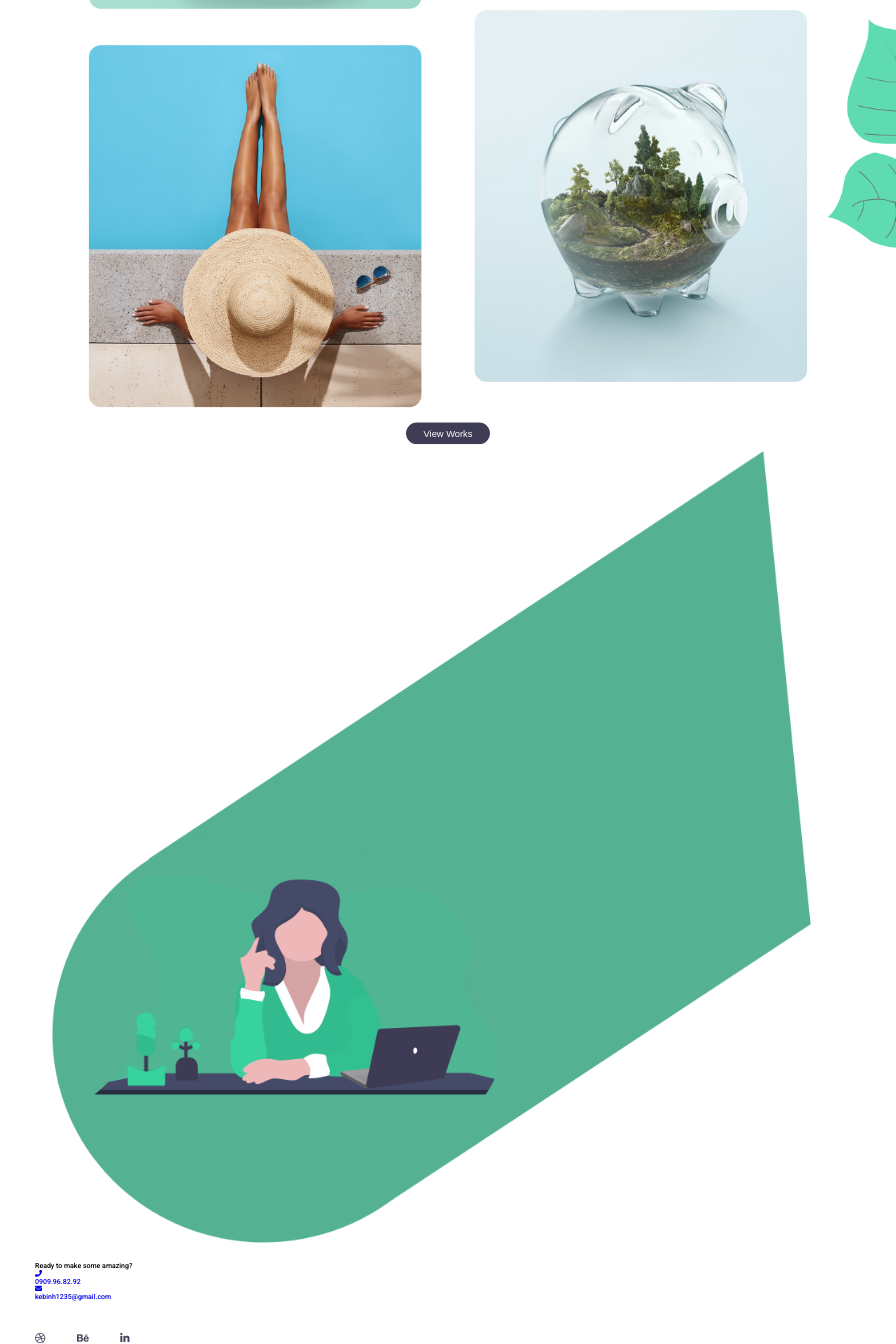
Repository: kebinh1235/porfolio-demo
Page: index.html
These files come from the project's save history. The page is drawn as it stood at one moment and after the next save; the edit follows.
The browser window is 1280 px wide. The pictures show the part of the page from y = 2592 to 4512 px (the page is 4512 px tall before and 3354 px after), at 70% of full size.
Some web libraries are served in a nearby version.

Above is the page before, as saved 2021-10-20 17:08:05.

### index.html
<!DOCTYPE html>
<html lang="en">
<head>
  <meta charset="UTF-8">
  <meta http-equiv="X-UA-Compatible" content="IE=edge">
  <meta name="viewport" content="width=device-width, initial-scale=1.0">
  <title>Document</title>
  <!--CSS-->
  <link rel="stylesheet" href="./css/style.css">
</head>
<body>
  <!-- header -->
  <header>
    <div class="container">
      <nav class="navbar">
        <!-- logo -->
        <div class="navbar__logo">
          <img src="./img/logo.svg" alt="Website logo">
        </div>
        <!-- links -->
        <ul class="navbar__list">
          <li class="navbar__item"><a href="#" class="navbar__link">Home</a></li>
          <li class="navbar__item"><a href="#" class="navbar__link">About</a></li>
          <li class="navbar__item"><a href="#" class="navbar__link">Resume</a></li>
          <!-- <li class="navbar__item"><a href="#" class="navbar__link btn navbar__mobile-active">Contact Us</a></li> -->
          <a href="#"><button class="btn navbar__btn">Contact Us</button></a>
        </ul>
        <!-- menu mobile -->
        <div class="navbar__icons">
          <div class="navbar__icon"></div>
        </div>
      </nav>
    </div>
  </header>
  <!-- banner -->
  <section id="banner">
    <div class="container">
      <!-- img -->
      <div class="banner__img">
        <img src="./img/banner-img.png" alt="Of Women">
      </div>
      <!-- heading -->
      <div class="banner__heading">
        <h1>Hello I'm Lisa</h1>
        <p>Lorem ipsum dolor sit amet consectetur adipisicing elit. Sint totam possimus odio voluptates vitae quo repudiandae dolorum quibusdam eveniet eos!</p>
        <a href="#"><button class="btn banner__btn">View More</button></a>
        <div class="banner__social">
          <a href="#"><i class="fab fa-dribbble"></i></a>
          <a href="#"><i class="fab fa-behance"></i></a>
          <a href="#"><i class="fab fa-linkedin-in"></i></a>
        </div>
      </div>
    </div>
  </section>
  <!-- thing to do -->
  <section id="things">
    <div class="container">
      <!-- decoration -->
      <div class="things__dec">
        <img src="./img/things-dec-l.png" alt="">
      </div>
      <div class="things__dec">
        <img src="./img/things-dec-r.png" alt="">
      </div>
      <!-- item 1 -->
      <div class="things__item">
        <!-- img -->
        <img src="./img/things-item-1.png" alt="Of Women">
        <!-- heading -->
        <div class="things__item-heading">
          <span>Lorem Ipsum</span>
          <p>Lorem ipsum dolor sit, amet consectetur adipisicing elit. Inventore perspiciatis quo quis nulla quasi! Laboriosam sed, facilis inventore ipsa ab et eveniet amet facere ullam!</p>
        </div>
      </div>
      <!-- item 2 -->
      <div class="things__item">
        <!-- img -->
        <img src="./img/things-item-2.png" alt="Of Women">
        <!-- heading -->
        <div class="things__item-heading">
          <span>Lorem Ipsum</span>
          <p>Lorem ipsum dolor sit, amet consectetur adipisicing elit. Inventore perspiciatis quo quis nulla quasi! Laboriosam sed, facilis inventore ipsa ab et eveniet amet facere ullam!</p>
        </div>
      </div>
      <!-- item 3 -->
      <div class="things__item">
        <!-- img -->
        <img src="./img/things-item-3.png" alt="Of Women">
        <!-- heading -->
        <div class="things__item-heading">
          <span>Lorem Ipsum</span>
          <p>Lorem ipsum dolor sit, amet consectetur adipisicing elit. Inventore perspiciatis quo quis nulla quasi! Laboriosam sed, facilis inventore ipsa ab et eveniet amet facere ullam!</p>
        </div>
      </div>

    </div>
  </section>
  <!-- works -->
  <section id="works">
    <div class="container">
      <!-- decoration -->
      <div class="works__dec">
        <img src="./img/work-dec.png" alt="">
      </div>
      <div class="works__dec">
        <img src="./img/work-dec.png" alt="">
      </div>
      <span>Recent Work</span>
      <div class="works__img">
        <div class="works__img--single">
          <img src="./img/work-1.png" alt="">
        </div>
        <div class="works__img--single">
          <img src="./img/work-2.png" alt="">
        </div>
        <div class="works__img--single">
          <img src="./img/work-3.png" alt="">
        </div>
        <div class="works__img--single">
          <img src="./img/work-4.png" alt="">
        </div>
      </div>
      <div class="works__btn">
        <a href="#">
          <button class="btn">View Works</button>
        </a>
      </div>
    </div>
  </section>
  <!-- footer -->
  <footer id="footer">
    <div class="container">
      <div class="footer__img">
        <img src="./img/footer-img.png" alt="">
      </div>
      <div class="footer__heading">
        <span>Ready to make some amazing?</span>
        <!-- contact -->
        <div class="footer__contacts">
          <a href="tel:0909968292">
            <i class="fas fa-phone-alt"></i>
            <p>0909.96.82.92</p>
          </a>
          <a href="mailto:kebinh1235@gmail.com">
            <i class="fas fa-envelope"></i>
            <p>kebinh1235@gmail.com</p>
          </a>
        </div>
        <div class="banner__social">
          <a href="#"><i class="fab fa-dribbble"></i></a>
          <a href="#"><i class="fab fa-behance"></i></a>
          <a href="#"><i class="fab fa-linkedin-in"></i></a>
        </div>
      </div>
    </div>
  </footer>
  <!--Font awesome-->
  <script src="https://kit.fontawesome.com/5d1e581bbe.js" crossorigin="anonymous"></script>
  <!--JS-->
  <script src="./js/main.js"></script>
</body>
</html>

### css/style.css
@import url('https://fonts.googleapis.com/css2?family=Roboto:wght@300;500&display=swap');
:root {
  --green: #54B192;
  --green-l: #A4CEC0;
  --gray: #3F3D56;
  --white: #fff;
  --smooth: all .3s linear;
}
* {
  margin: 0;
  padding: 0;
  box-sizing: border-box;
  list-style-type: none;
  text-decoration: none;
}
html {
  scroll-behavior: smooth;
  font-size: 62.5%;
}
body {
  font-family: "Roboto", sans-serif;
}
img {
  max-width: 100%;
  width: 100%;
}
.container {
  max-width: 1200px;
  width: 100%;
  margin: 0 auto;
  padding: 0 10px;
}
.btn {
  text-align: center;
  background: var(--gray);
  color: var(--white);
  padding: .8rem 2.5rem;
  border: none;
  border-radius: 100px;
  cursor: pointer;
  transition: var(--smooth);
}
.btn:hover {
  background: var(--green-l);
  transition: var(--smooth);
}
/*header*/
header {
  position: fixed;
  width: 100%;
}
.navbar {
  display: flex;
  justify-content: space-between;
  align-items: center;
  padding: 20px 0;
}
.navbar__logo {
  width: 57px;
  height: 57px;
  object-fit: cover;
}
.navbar__logo img {
  width: 100%;
}
.navbar__list{
  position: fixed;
  top: 0;
  left: 0;
  bottom: 0;
  background: var(--gray);
  width: 60%;
  max-width: 100%;
  transform: translateX(-100%);
  opacity: 0;
  transition: var(--smooth);
  z-index: 10;
}
.navbar__list.navbar__open {
  transform: translateX(0);
  opacity: 1;
}
.navbar__link{
  padding: 20px;
  font-size: 1.4rem;
  display: block;
  color: var(--white);
}
.navbar__link:hover {
  color: var(--green);
  transition: var(--smooth);
}
.navbar__btn{
  font-size: 1.4rem;
  margin: 20px;
  background: var(--green);
}
/*Menu icon*/
.navbar__icons{
  display: flex;
  justify-content: center;
  align-items: center;
  width: 50px;
  height: 50px;
  cursor: pointer;
  transition: var(--smooth);
  z-index: 10;
}
.navbar__icon{
  width: 40px;
  height: 6px;
  border-radius: 5px;
  background: var(--gray);
  position: relative;
  transition: var(--smooth);
}
.navbar__icon:before,
.navbar__icon:after {
  content: '';
  position: absolute;
  width: 40px;
  height: 6px;
  border-radius: 5px;
  background: var(--gray);
  transition: var(--smooth);
}
.navbar__icon:before {
  transform: translateY(-12px)
}
.navbar__icon:after {
  transform: translateY(12px)
}
/* menu icon animation */
.open .navbar__icon {
  transform: translateX(-50px);
  background: transparent;
}
.open .navbar__icon:before {
  transform: rotate(45deg) translate(35px, -35px);
}
.open .navbar__icon:after {
  transform: rotate(-45deg) translate(35px, 35px);
}
@media screen and (min-width: 992px) {
  .navbar__list {
    display: flex;
    justify-content: flex-end;
    align-items: center;
    transform: translateX(0);
    position: initial;
    opacity: 1;
    background: transparent;
  }
  .navbar__link {
    color: var(--gray);
  }
  .navbar__btn {
    background: var(--gray);
  }
  .navbar__icons {
    display: none;
  }
}

/* banner */
#banner {
  position: relative;
  height: 100vh;
  display: flex;
  align-items: center;
}
.banner__img {
  position: absolute;
  top: 0;
  right: 0;
  z-index: -1;
}
.banner__heading {
  max-width: 300px;
  margin: 0 auto;
  text-align: center;
}
.banner__heading h1 {
  font-size: 2rem;
  padding-top: 4em;
  margin-bottom: .8em;
}
.banner__heading p {
  font-weight: 300;
  line-height: 2em;
  margin-bottom: 1.5em;
  font-size: 1.5rem;
}
.banner__social {
  display: flex;
  align-items: center;
  justify-content: space-evenly;
  margin-top: 3em;
  font-size: 1.5rem;
}
.banner__social a {
  color: var(--gray);
  transition: var(--smooth);
}
.banner__social a:hover {
  color: var(--green-l);
}

@media (min-width: 992px) {
    .banner__img {
      width: 60%;
    }
    .banner__heading {
      text-align: initial;
      margin: 0;
      padding-top: 0;
    }
    .banner__social {
      justify-content: flex-start;
    }
    .banner__social a {
      margin-right: 45px;
    }
}

/* thing to do */
#things {
  position: relative;
  overflow-x: hidden;
  margin-top: 15em;
}
.things__dec {
  position: absolute;
  top: 0;
  left: 0;
  transform: translateX(-60%);
  z-index: -1;
}
.things__dec:nth-child(2) {
  position: absolute;
  top: initial;
  left: initial;
  bottom: 10%;
  right: 0;
  transform: translateX(60%);
  z-index: -1;
}
.things__item span {
  display: block;
  text-align: center;
  color: var(--gray);
  margin-bottom: .5em;
  font-size: 2rem;
}
.things__item {
  margin: 3em 0;
}
.things__item img {
  padding-bottom: 4em;
}
.things__item--heading {
  text-align: center;
  color: var(--gray);
}
.things__item-heading p {
  max-width: 300px;
  font-weight: 300;
  line-height: 2em;
  margin: 0 auto;
  padding-top: 1em;
  font-size: 1.4rem;
}

@media (min-width: 992px) {
  .things__item {
    display: flex;
    justify-content: space-between;
    align-items: center;
    margin: 0;
  }
  .things__item img {
    width: 40%;
    padding: 0;
  }
  .things__item--heading {
    width: 45%;
    text-align: initial;
  }
  .things__item span {
    text-align: initial;
  }
  .things__item--heading p {
    max-width: 500px;
    margin: 0;
  }
  .things__item:nth-child(even) img {
    order: 2;
    width: 40%;
    padding-bottom: 0;
  }
  .things__item--heading:nth-child(even) {
    order: 1;
    width: 45%;
    text-align: initial;
  }
}

/* works */
#works {
  position: relative;
  overflow-x: hidden;
  padding-top: 10em;
}
.works__dec {
  position: absolute;
  top: 0;
  left: 0;
  transform: translateX(-60%);
  z-index: -1;
}
.works__dec:nth-child(2) {
  position: absolute;
  top: initial;
  left: initial;
  bottom: 15%;
  right: 0;
  transform: translateX(60%);
  z-index: -1;
}
#works span {
  font-size: 2rem;
  text-align: center;
  display: block;
  color: var(--gray);
}
.works__img--single {
  margin: 2em 0;
}
.works__img--single:nth-child(odd) {
  padding-top: 5em;
}
.works__img--single:nth-child(3) {
  margin-top: -5em;
}
.works__btn {
  text-align: center;
  margin-top: 2em;
}

@media (min-width: 992px) {
  .works__img {
    display: flex;
    justify-content: space-evenly;
    flex-wrap: wrap;
    }
    .works__img--single {
      margin: 0;
    }
    .works__img--single:nth-child(3) {
      margin-top: 0;
    }
    #works span {
      margin-bottom: 2em;
    }
}

/* footer */
#footer {
  position: relative;
  overflow-x: hidden;
  margin-top: 1em;
}
.footer__img{

}
.footer__heading{

}
.footer__contacts{

}

### js/main.js
const menu = document.querySelector('.navbar__list');
const menuIcon = document.querySelector('.navbar__icons')

menuIcon.addEventListener('click', () =>{
  menu.classList.toggle('navbar__open');
  menuIcon.classList.toggle('open');
})

After the next save:
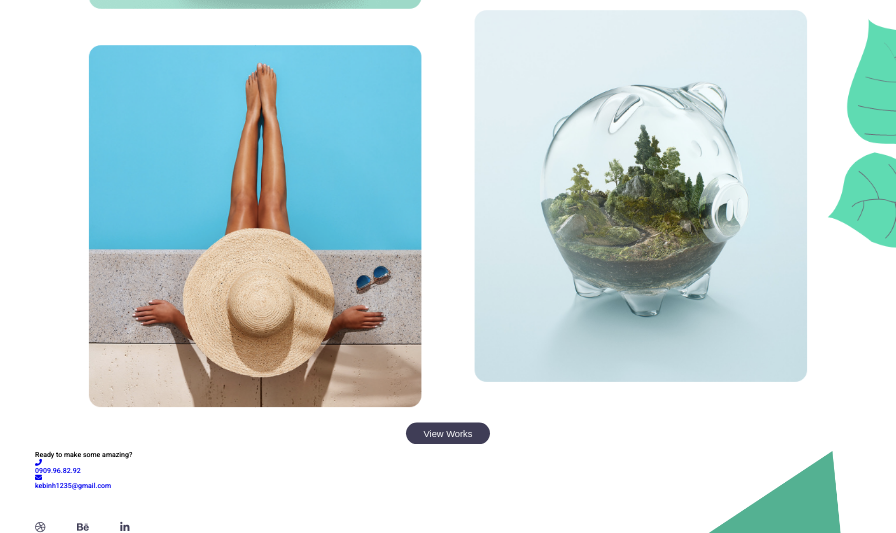
Saved 24 s later.
--- a/css/style.css
+++ b/css/style.css
@@ -371,7 +371,10 @@ header {
   margin-top: 1em;
 }
 .footer__img{
-
+  position: absolute;
+  top: 0;
+  right: 0;
+  width: 60%;
 }
 .footer__heading{
 
